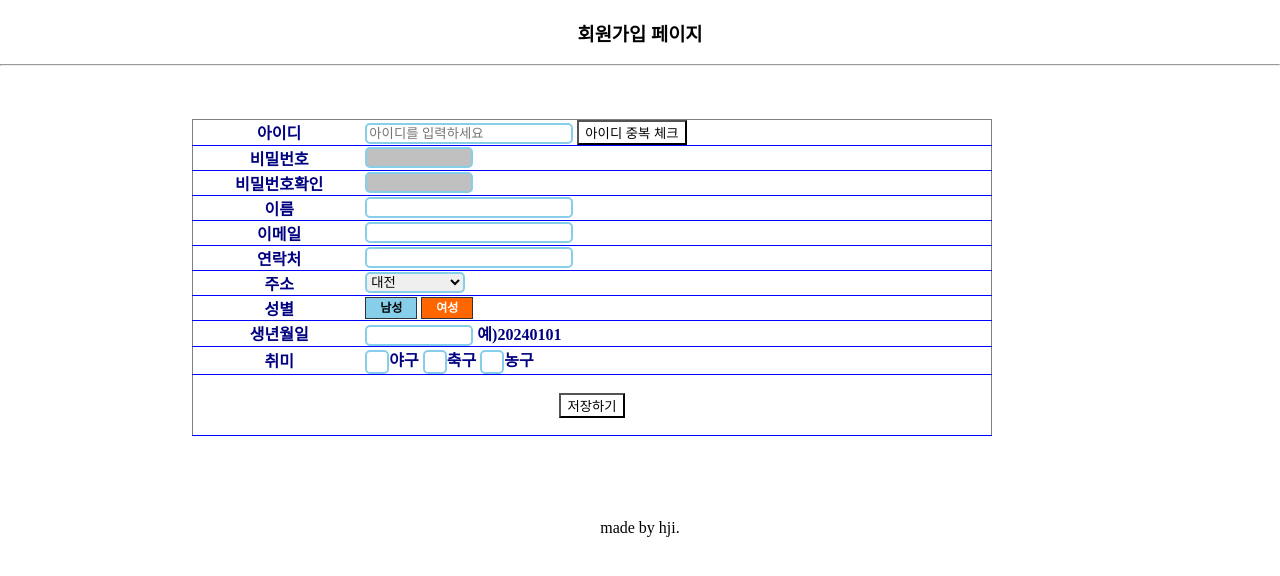
Repository: guri670/Spring
Page: http://localhost/spring_awshg/WEB-INF/member/memberJoin.jsp
An editor plug-in stored every save of this project. The page is shown before and after the next save, followed by the edit.
The browser window is 1280 px wide. The pictures show the whole page.
The page is served by Tomcat 9. Nobody is signed in. The template is opened directly, without the code that normally fills it, so the values that code supplies are empty.

Above is the page before, as saved 2024-10-31 05:42:36.

After the next save:
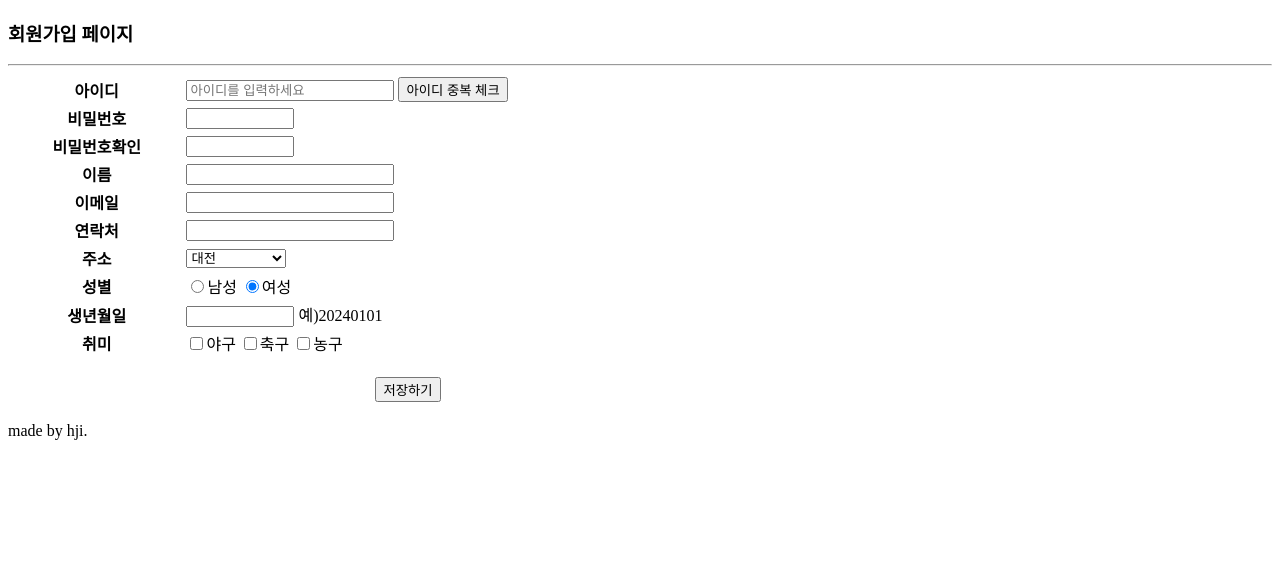
Not found: spring_awshg/spring_awshg/WEB-INF/member/..resources/css/style.css
Saved 21 min 18 s later.
--- a/spring_awshg/src/main/webapp/WEB-INF/member/memberJoin.jsp
+++ b/spring_awshg/src/main/webapp/WEB-INF/member/memberJoin.jsp
@@ -4,7 +4,7 @@
 <HTML>
 <HEAD>
 <TITLE>회원가입</TITLE>
-<link href="../css/style.css" type="text/css" rel="stylesheet">
+<link href="..resources/css/style.css" type="text/css" rel="stylesheet">
 <script src="https://code.jquery.com/jquery-latest.min.js"></script>
 <!-- CBN 주소 -->
 <script>
